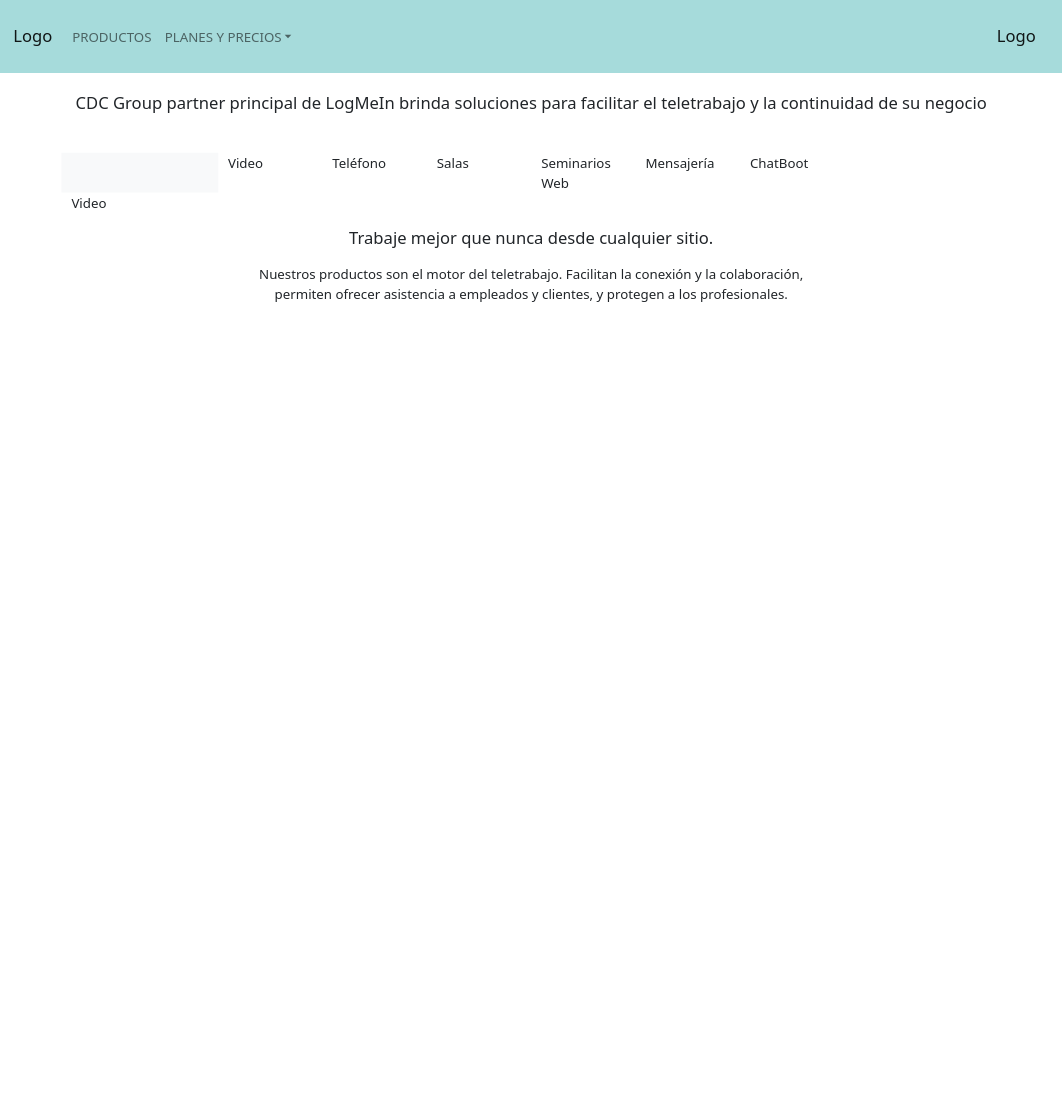
Repository: onehitwondermx/cdclogmein
Page: index.html
These files come from the project's save history. The page is drawn as it stood at one moment and after the next save; the edit follows.
The browser window is 1280 px wide. The pictures show the whole page, at 83% of full size.

Above is the page before, as saved 2021-06-03 22:56:27.

After the next save:
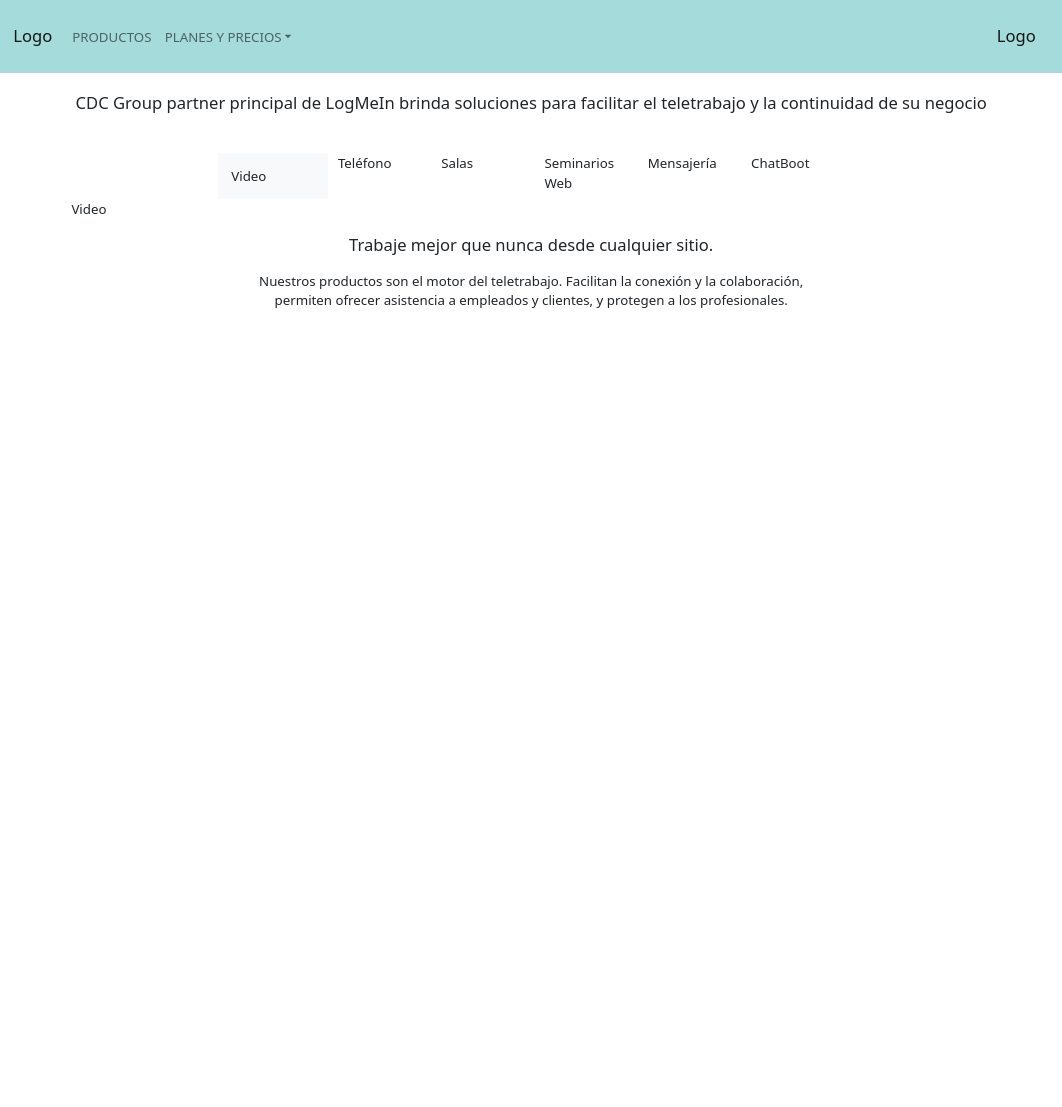
Saved 10 s later.
--- a/index.html
+++ b/index.html
@@ -47,8 +47,8 @@
   </div>
   <div class="p-3 container">
     <div class="row">
-      <div class="col-2 d-none d-lg-block bg-light "></div>
-      <div class="col">
+      <div class="col-2 d-none d-lg-block"></div>
+      <div class="col p-3 bg-light ">
         <span>Video</span>
       </div>
       <div class="col">
